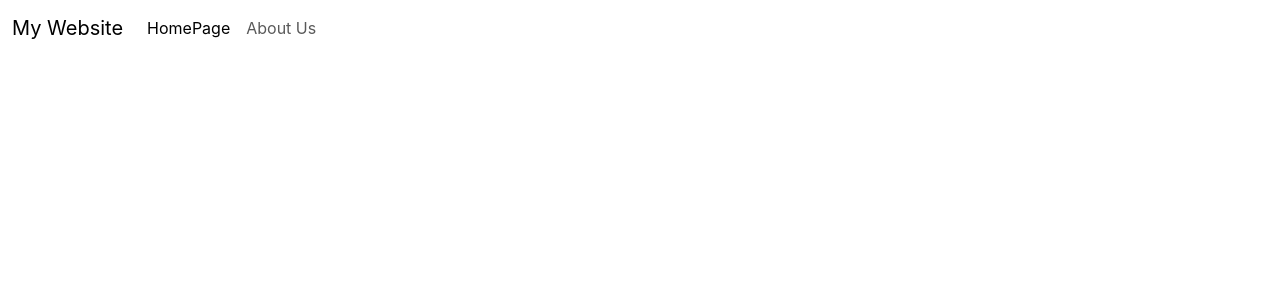
Repository: WajihaGul/Reactjs
Page: /
These files come from the project's save history. The page is drawn as it stood at one moment and after the next save; the edit follows.
The browser window is 1280 px wide. The pictures show the whole page.
The project was rebuilt for these pictures with package versions that can differ from the ones it lists, and the page was loaded fresh each time. Also part of the build but not shown: src/App.css.

Above is the page before, as saved 2024-02-07 21:44:54.

### public/index.html
<!DOCTYPE html>
<html lang="en">
  <head>
    <meta charset="utf-8" />
    <link rel="icon" href="%PUBLIC_URL%/favicon.ico" />
    <meta name="viewport" content="width=device-width, initial-scale=1" />
    <meta name="theme-color" content="#000000" />
    <meta
      name="description"
      content="Web site created using create-react-app"
    />
    <link rel="apple-touch-icon" href="%PUBLIC_URL%/logo192.png" />
    <!--
      manifest.json provides metadata used when your web app is installed on a
      user's mobile device or desktop. See https://developers.google.com/web/fundamentals/web-app-manifest/
    -->
    <link rel="manifest" href="%PUBLIC_URL%/manifest.json" />
    <!--
      Notice the use of %PUBLIC_URL% in the tags above.
      It will be replaced with the URL of the `public` folder during the build.
      Only files inside the `public` folder can be referenced from the HTML.

      Unlike "/favicon.ico" or "favicon.ico", "%PUBLIC_URL%/favicon.ico" will
      work correctly both with client-side routing and a non-root public URL.
      Learn how to configure a non-root public URL by running `npm run build`.
    -->


    <link href="https://cdn.jsdelivr.net/npm/bootstrap@5.3.2/dist/css/bootstrap.min.css" rel="stylesheet" integrity="sha384-T3c6CoIi6uLrA9TneNEoa7RxnatzjcDSCmG1MXxSR1GAsXEV/Dwwykc2MPK8M2HN" crossorigin="anonymous">
    <title>React App</title>

  </head>
  <body>
    <noscript>You need to enable JavaScript to run this app.</noscript>
    <div id="root"></div>
    <script src="https://cdn.jsdelivr.net/npm/bootstrap@5.3.2/dist/js/bootstrap.bundle.min.js" integrity="sha384-C6RzsynM9kWDrMNeT87bh95OGNyZPhcTNXj1NW7RuBCsyN/o0jlpcV8Qyq46cDfL" crossorigin="anonymous"></script>

  </body>
</html>

### src/App.js
import logo from './logo.svg';
import './App.css';
import Navbar from './Components/Navbar';
import { useState } from 'react';

function App() {
const [mode,switchMode]=useState("light");
return (
<>
<Navbar title="My Website" about="About Us" home="HomePage" mode={mode}   />

</>
  );
}

export default App;

### src/Components/Navbar.js
import React from 'react'
import PropTypes from 'prop-types'
export default function Navbar(props) {
  return (
    <nav className={'navbar navbar-expand-lg navbar-$(props.mode) bg-$(props.mode)'}>
        <div className="container-fluid">
          <a className="navbar-brand" href="/">{props.title}</a>
          <button className="navbar-toggler" type="button" data-bs-toggle="collapse" data-bs-target="#navbarSupportedContent" aria-controls="navbarSupportedContent" aria-expanded="false" aria-label="Toggle navigation">
            <span className="navbar-toggler-icon"></span>
          </button>
          <div className="collapse navbar-collapse" id="navbarSupportedContent">
            <ul className="navbar-nav me-auto mb-2 mb-lg-0">
              <li className="nav-item">
                <a className="nav-link active" aria-current="page" href="/">{props.home}</a>
              </li>
              <li className="nav-item">
                <a className="nav-link" href="/">{props.about}</a>
              </li>

            </ul>
            {/*<form className="d-flex" role="search">
              <input className="form-control me-2" type="search" placeholder="Search" aria-label="Search"/>
              <button className="btn btn-outline-success" type="submit">Search</button>
            </form>

            <div className="form-check form-switch">
              <input className="form-check-input" onClick={props.switchMode} type="checkbox" role="switch" id="flexSwitchCheckDefault" />
               <label className="form-check-label" htmlFor="flexSwitchCheckDefault">Switch Mode</label>
              </div>

                <div className={`form-check form-switch text-${props.mode==='light'?'dark':'light'}`}>
                        <input className="form-check-input" onClick={props.toggleMode} type="checkbox" id="flexSwitchCheckDefault"/>
                        <label className="form-check-label" htmlFor="flexSwitchCheckDefault">Enable DarkMode</label>
                    </div>
                    */}
          </div>
        </div>
      </nav>
  )
}
Navbar.propTypes = {
    title: PropTypes.string ,
    about: PropTypes.string ,
    home: PropTypes.string
}
Navbar.defaultProps = {
    title : "Home",
    about : "About",

}

Loaded but not shown: src/index.js (common file); src/index.css (common file); src/reportWebVitals.js (common file)

After the next save:
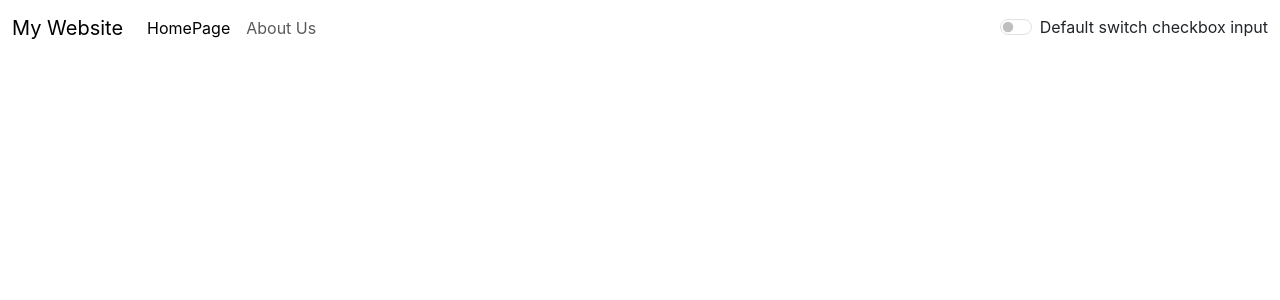
Saved 119 s later.
--- a/src/Components/Navbar.js
+++ b/src/Components/Navbar.js
@@ -22,17 +22,12 @@
               <input className="form-control me-2" type="search" placeholder="Search" aria-label="Search"/>
               <button className="btn btn-outline-success" type="submit">Search</button>
             </form>
+  */}
+            <div class="form-check form-switch">
+              <input class="form-check-input" type="checkbox" role="switch" id="flexSwitchCheckDefault"/>
+              <label class="form-check-label" for="flexSwitchCheckDefault">Default switch checkbox input</label>
+            </div>
 
-            <div className="form-check form-switch">
-              <input className="form-check-input" onClick={props.switchMode} type="checkbox" role="switch" id="flexSwitchCheckDefault" />
-               <label className="form-check-label" htmlFor="flexSwitchCheckDefault">Switch Mode</label>
-              </div>
-
-                <div className={`form-check form-switch text-${props.mode==='light'?'dark':'light'}`}>
-                        <input className="form-check-input" onClick={props.toggleMode} type="checkbox" id="flexSwitchCheckDefault"/>
-                        <label className="form-check-label" htmlFor="flexSwitchCheckDefault">Enable DarkMode</label>
-                    </div>
-                    */}
           </div>
         </div>
       </nav>
